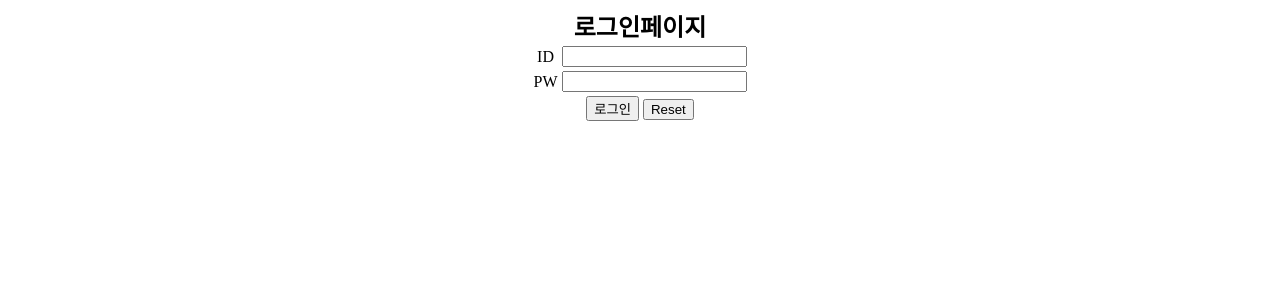
Repository: leejonggwon/Amora-Project
Page: http://localhost/MemberSystem_MVC2/login.jsp
An editor plug-in stored every save of this project. The page is shown before and after the next save, followed by the edit.
The browser window is 1280 px wide. The pictures show the whole page.
The page is served by Tomcat 9.

Above is the page before, as saved 2023-07-24 03:34:52.

After the next save:
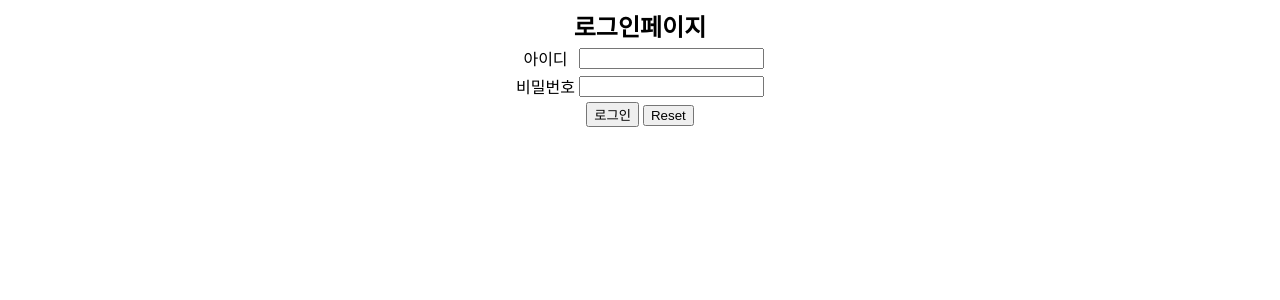
Saved 13 min 38 s later.
--- a/04.Server/MemberSystem_MVC2/src/main/webapp/login.jsp
+++ b/04.Server/MemberSystem_MVC2/src/main/webapp/login.jsp
@@ -18,11 +18,11 @@
 		<form action="LoginService" method="post">
 			<table>
 				<tr>
-					<td>ID</td>
+					<td>아이디</td>
 					<td><input type="text" name="id"></td>
 				</tr>
 				<tr>
-					<td>PW</td>
+					<td>비밀번호</td>
 					<td><input type="password" name="pw"></td>
 				</tr>
 
